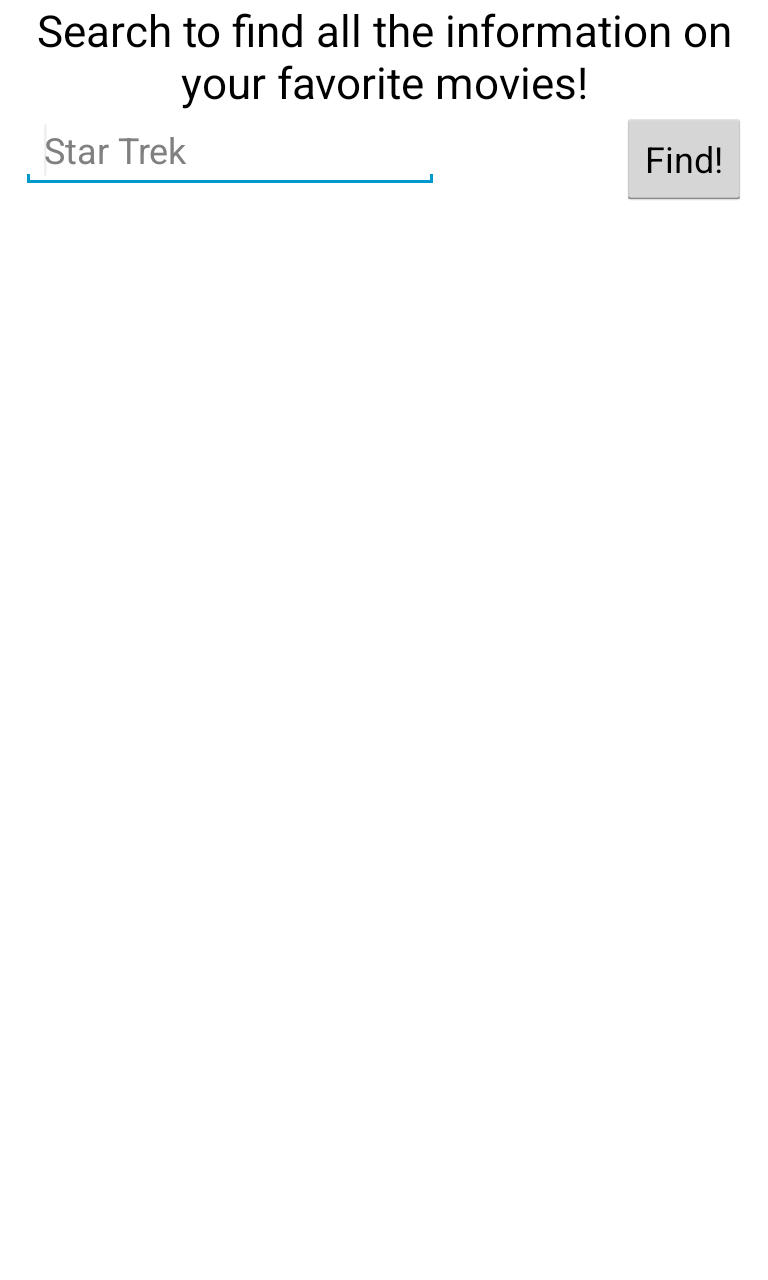
Repository: laurenelder/Java2_Elder
Layout: MovieLookup/res/layout/activity_main.xml
The author's editor kept a copy of each file at every save. The layout is drawn from the files as they stood at one save, then again after the next save.
It is drawn on a 768 x 1280 px phone screen (xhdpi) without system bars, with theme AppTheme; the app's code is not run. Lists and similar views that code fills are empty.

Above is the layout before, as saved 2014-07-09 23:32:07.

After the next save:
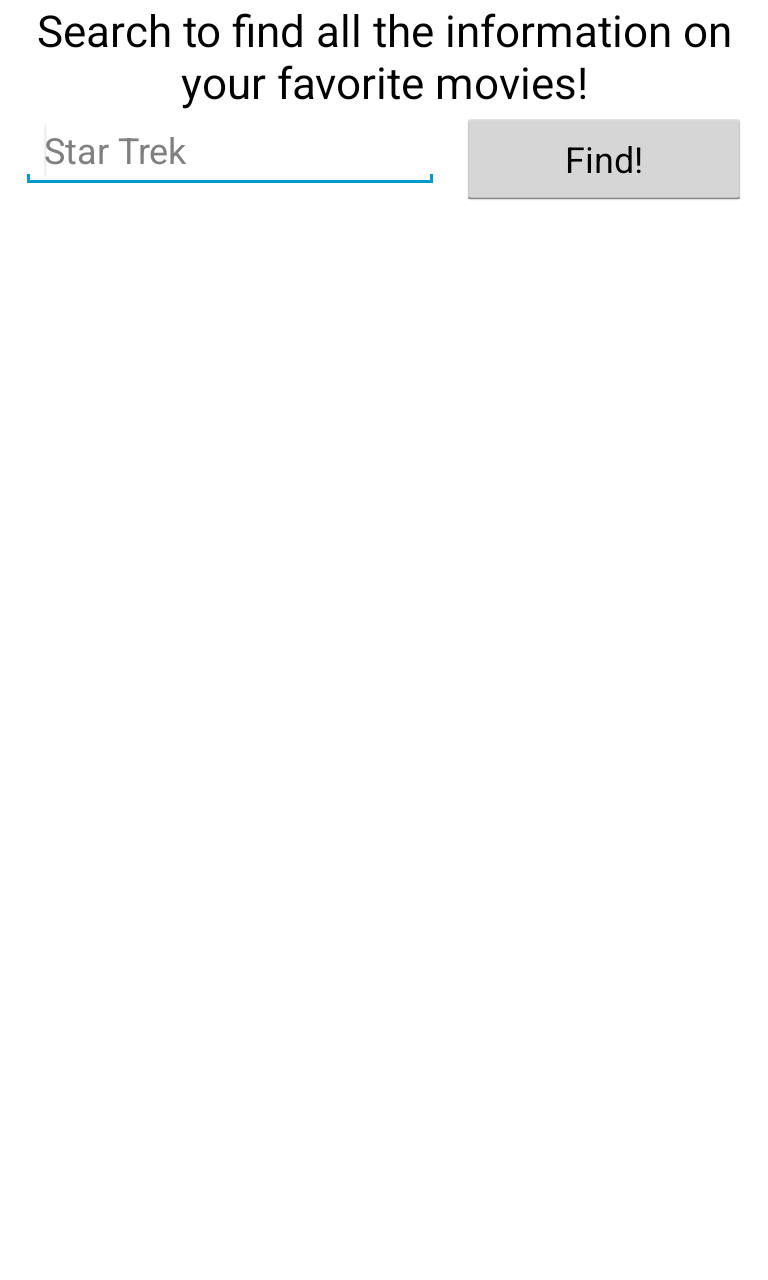
Saved 35 s later.
--- a/MovieLookup/res/layout/activity_main.xml
+++ b/MovieLookup/res/layout/activity_main.xml
@@ -39,7 +39,7 @@
             android:layout_height="wrap_content"
             android:layout_alignParentTop="true"
             android:layout_alignParentRight="true"
-            android:layout_toRightOf="@+id/editText1"
+            android:layout_toRightOf="@+id/searchField"
             android:layout_marginRight="10dp"
             android:layout_marginLeft="10dp"
             android:text="@string/button_text" />
